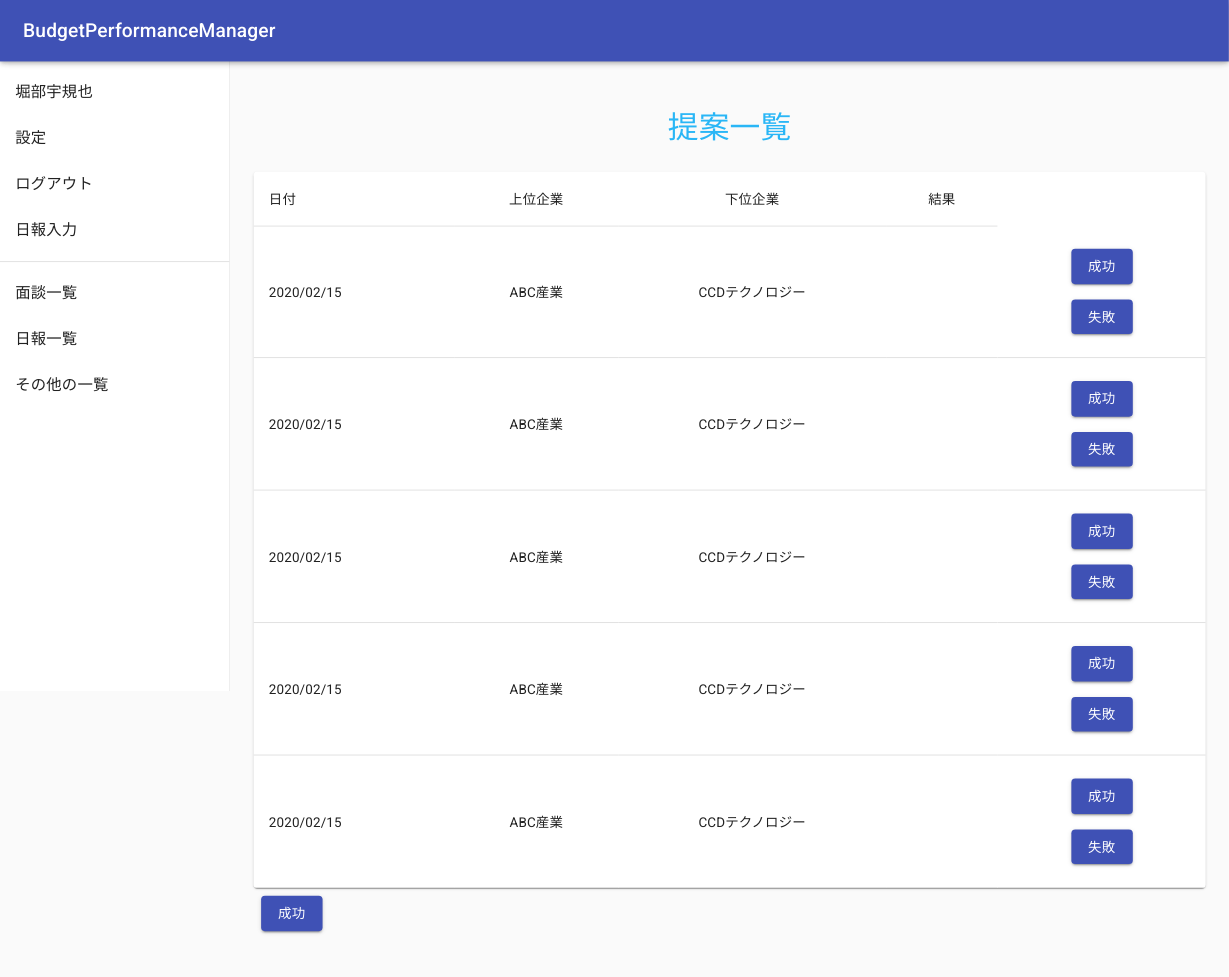
Repository: ukiyah/test
Page: / (app in src/)
These files come from the project's save history. The page is drawn as it stood at one moment and after the next save; the edit follows.
The browser window is 1280 px wide. The pictures show the whole page, at 96% of full size.
The project was rebuilt for these pictures with package versions that can differ from the ones it lists, and the page was loaded fresh each time. Also part of the build but not shown: src/material-dashboard-react.js, src/Navbars/ref_AdminNavbarLinks/customInputStyle.js, src/Navbars/ref_AdminNavbarLinks/CustomInput.js, src/Navbars/ref_AdminNavbarLinks/buttonStyle.js, src/Navbars/ref_AdminNavbarLinks/Button.js, src/Navbars/ref_AdminNavbarLinks/dropdownStyle.js, src/Navbars/ref_AdminNavbarLinks/headerLinksStyle.js, src/Navbars/AdminNavbarLinks.js and 4 more.

Above is the page before, as saved 2020-02-20 19:16:50.

After the next save:
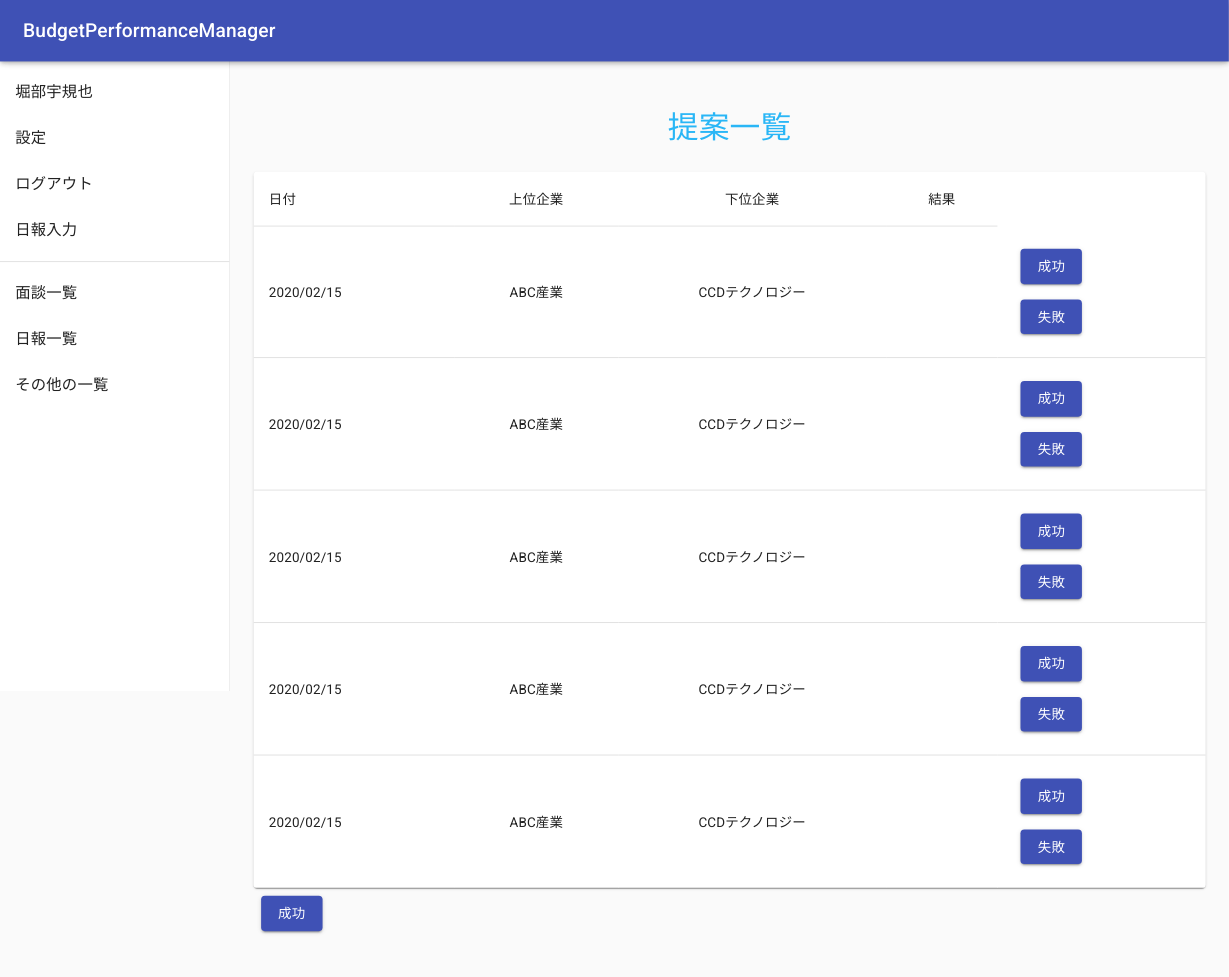
Saved 32 s later.
--- a/src/Table.js
+++ b/src/Table.js
@@ -50,7 +50,7 @@
               <TableCell align="center">{row.calories}</TableCell>
               <TableCell align="center">{row.fat}</TableCell>
               <TableCell align="center">{row.carbs}</TableCell>
-              <TableCell align="center"><ContainedButtons name="成功"/><ContainedButtons name="失敗"/></TableCell>
+              <TableCell align="left"><ContainedButtons name="成功"/><ContainedButtons name="失敗"/></TableCell>
             </TableRow>
           ))}
         </TableBody>

After the save that followed:
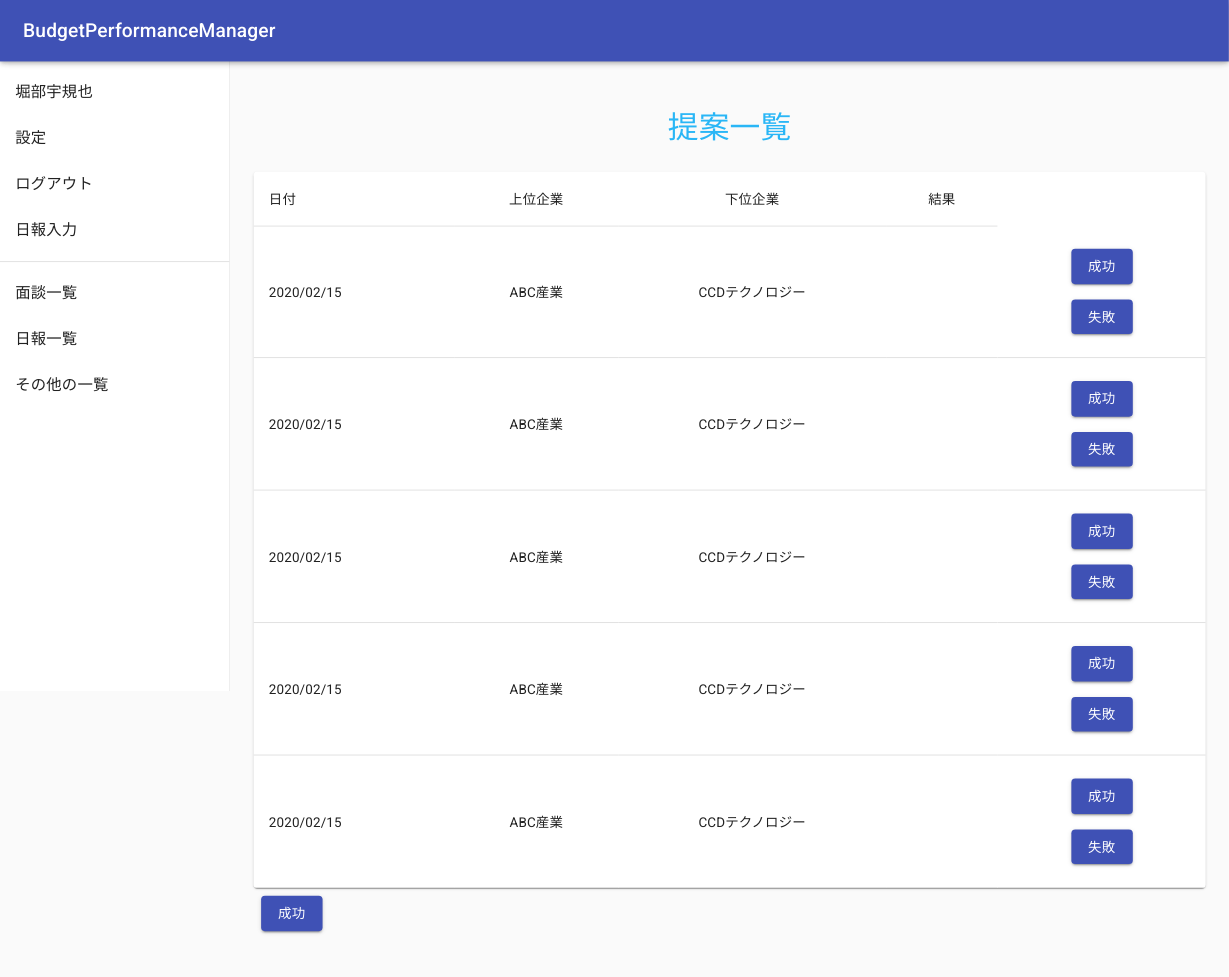
Saved 9 s later.
--- a/src/Table.js
+++ b/src/Table.js
@@ -50,7 +50,7 @@
               <TableCell align="center">{row.calories}</TableCell>
               <TableCell align="center">{row.fat}</TableCell>
               <TableCell align="center">{row.carbs}</TableCell>
-              <TableCell align="left"><ContainedButtons name="成功"/><ContainedButtons name="失敗"/></TableCell>
+              <TableCell align="center"><ContainedButtons name="成功"/><ContainedButtons name="失敗"/></TableCell>
             </TableRow>
           ))}
         </TableBody>
